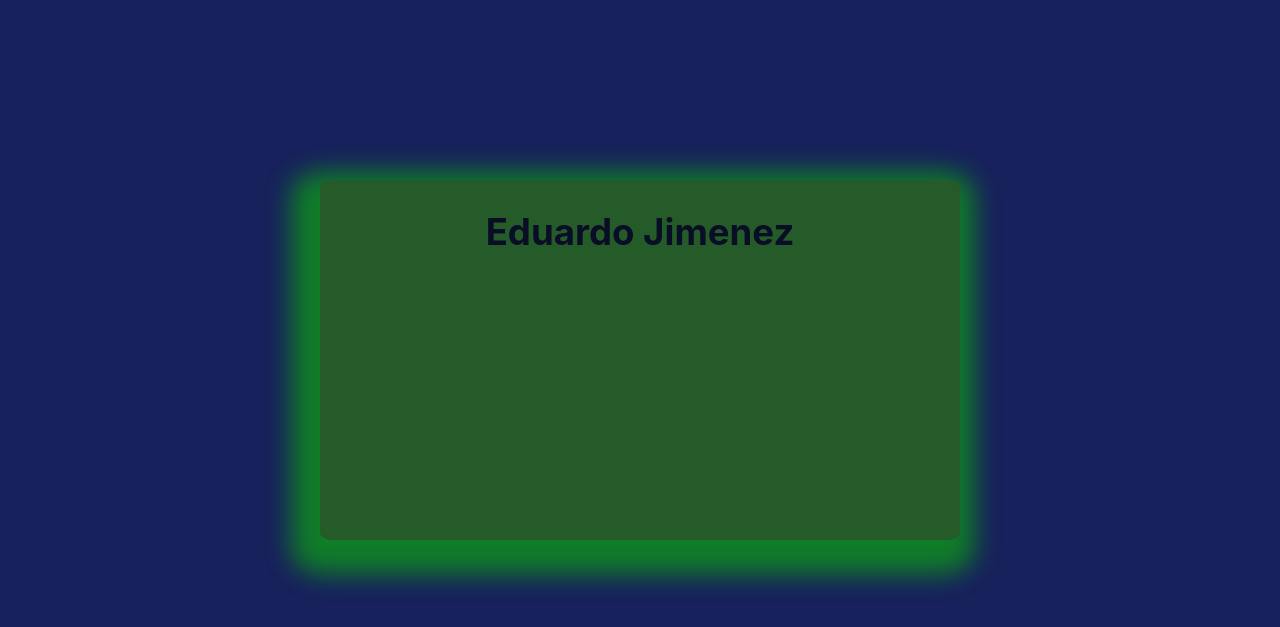
Repository: l8nightswithJS/react-my-portfolio
Page: /
An editor plug-in stored every save of this project. The page is shown before and after the next save, followed by the edit.
The browser window is 1280 px wide. The pictures show the whole page.
The project was rebuilt for these pictures with package versions that can differ from the ones it lists, and the page was loaded fresh each time.

Above is the page before, as saved 2021-04-23 00:02:03.

After the next save:
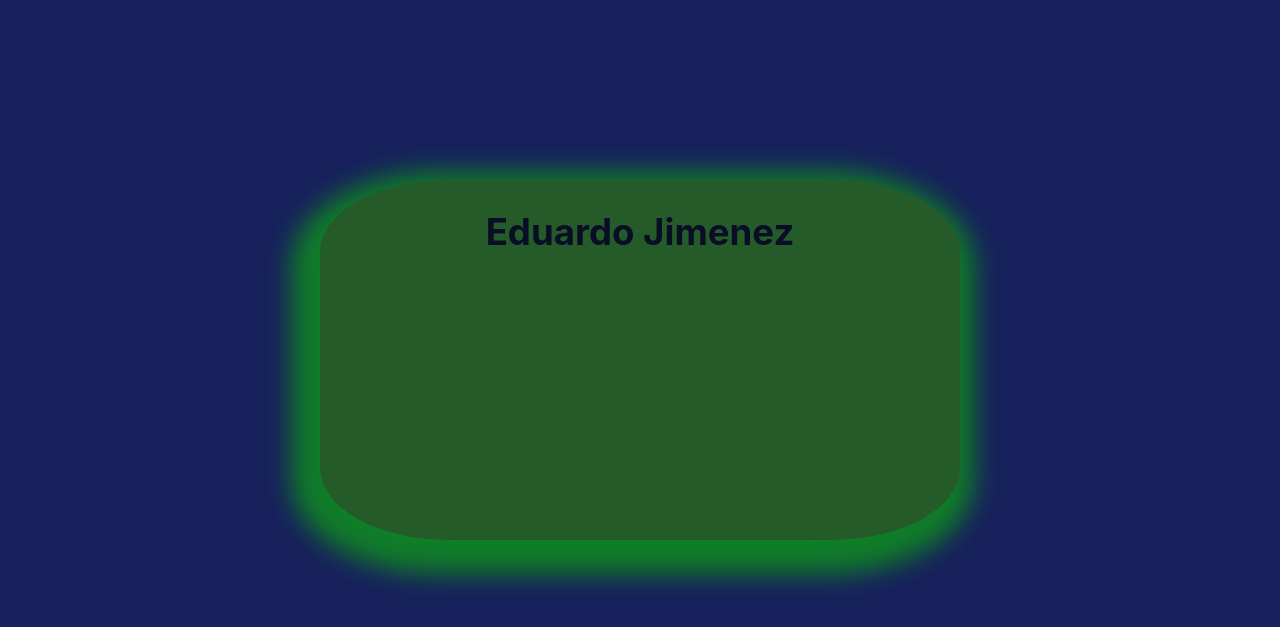
Saved 9 s later.
--- a/src/App.css
+++ b/src/App.css
@@ -19,7 +19,7 @@
   color: white;
   box-shadow: -1vh 1vw 2vw 3vh rgb(12, 187, 6);
   opacity: .6;
-  border-radius: 2%;
+  border-radius: 20%;
 }
 
 h1 {

After the save that followed:
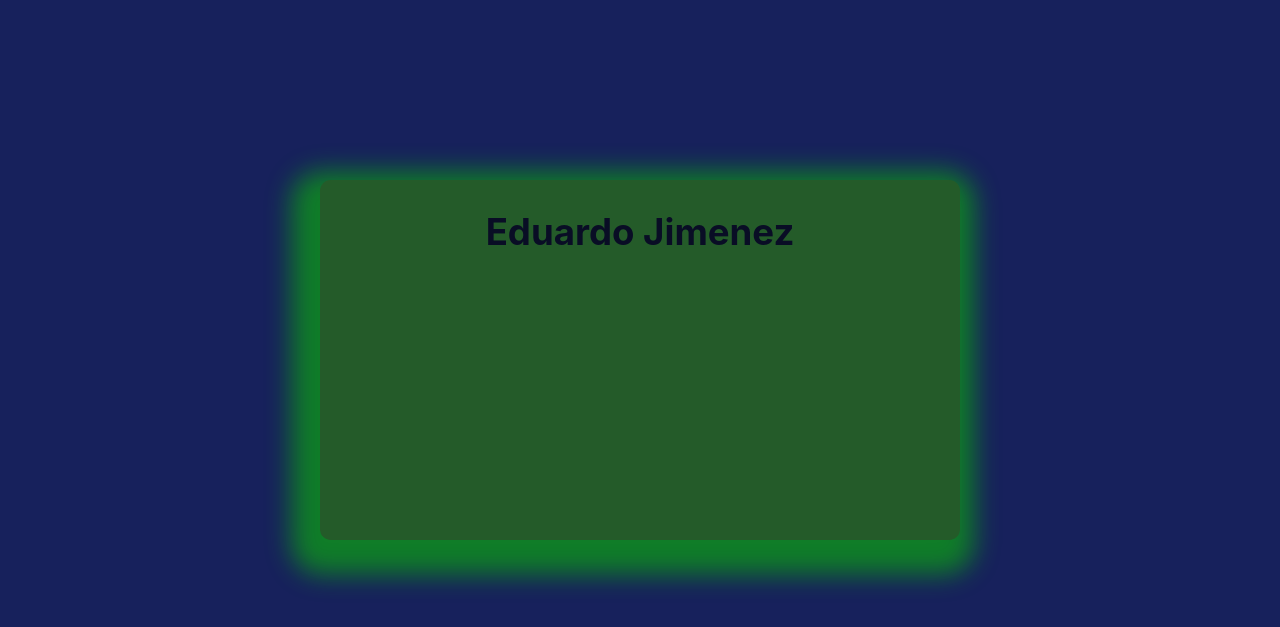
Saved 12 s later.
--- a/src/App.css
+++ b/src/App.css
@@ -19,7 +19,7 @@
   color: white;
   box-shadow: -1vh 1vw 2vw 3vh rgb(12, 187, 6);
   opacity: .6;
-  border-radius: 20%;
+  border-radius: 1.5vh;
 }
 
 h1 {
